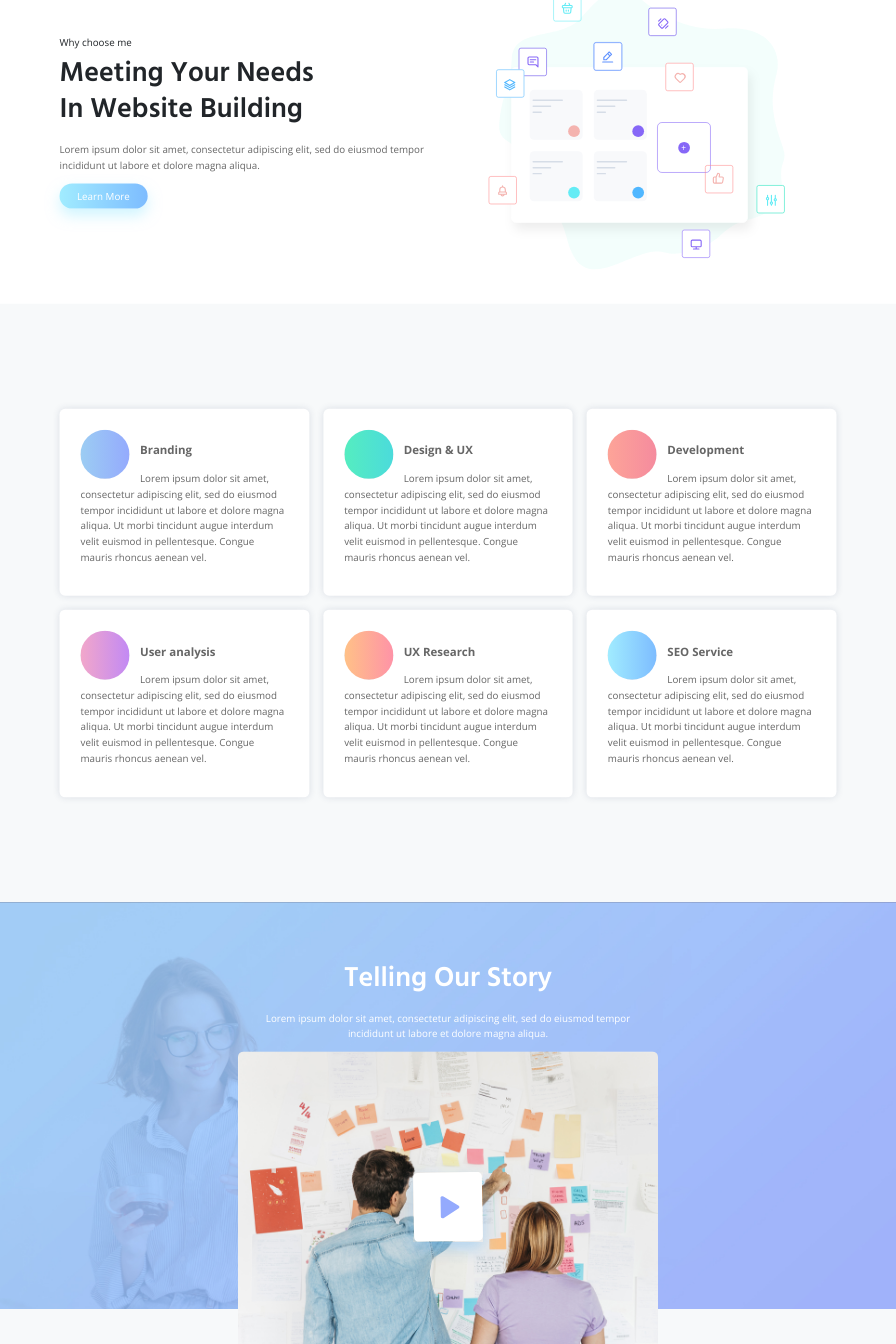
Repository: Sc-Juju/CodeRad
Page: index.html
These files come from the project's save history. The page is drawn as it stood at one moment and after the next save; the edit follows.
The browser window is 1280 px wide. The pictures show the part of the page from y = 390 to 2310 px (the page is 4883 px tall before and 4860 px after), at 70% of full size.
Some web libraries are served in a nearby version.

Above is the page before, as saved 2022-11-16 14:38:26.

After the next save:
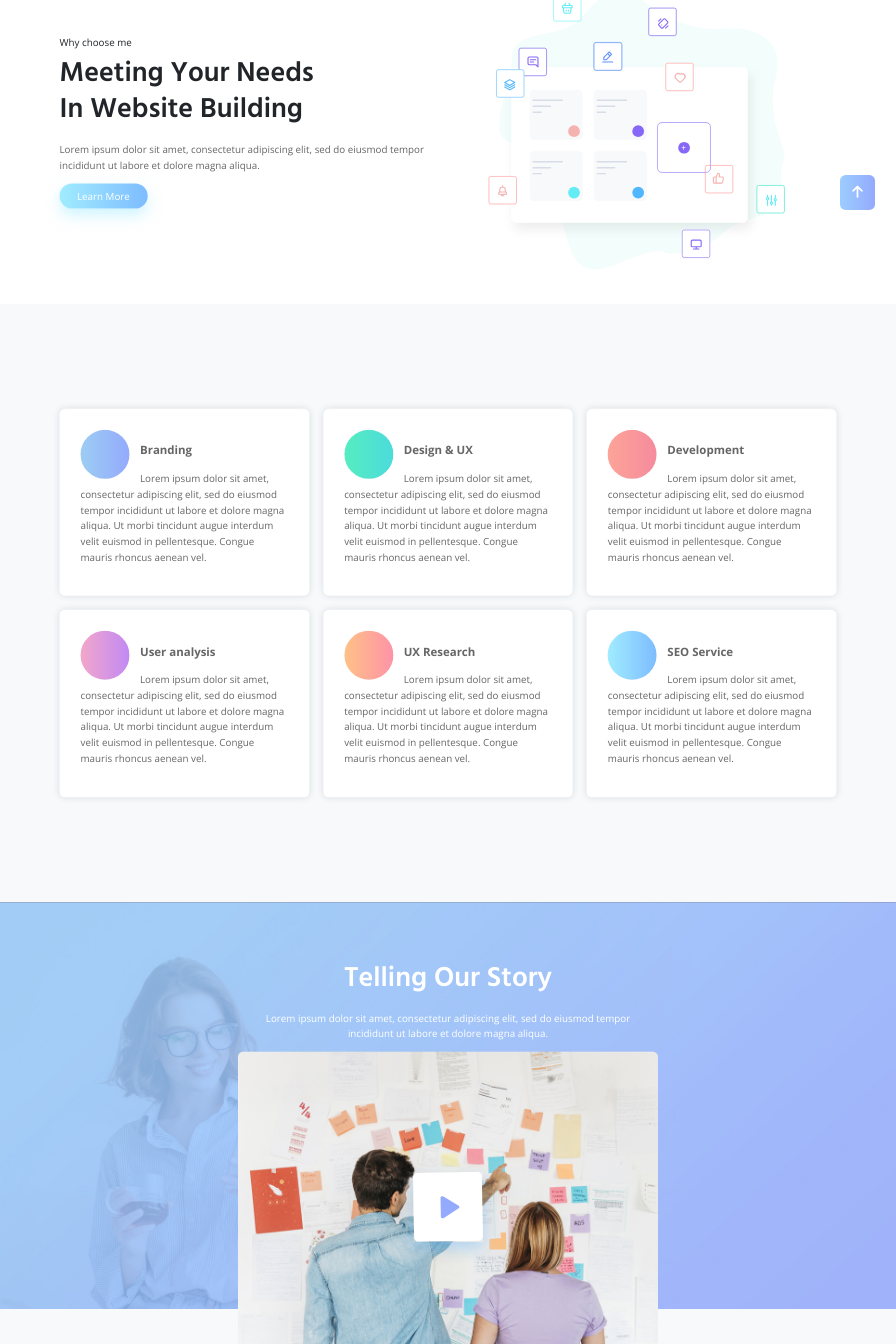
Saved 7 min 32 s later.
--- a/css/styles.css
+++ b/css/styles.css
@@ -333,3 +333,19 @@ footer .footer-col{justify-self: center;}
 }
 
 .footer-bottom-links ul li a{ color: var(--white); }
+
+#scrollUp{
+    background-color: transparent;
+    background-image: linear-gradient(90deg, #9ccdfe 0%, #94aafd 100%);
+    color: var(--white);
+    font-size: var(--size-20);
+    height: var(--size-50);
+    width: var(--size-50);
+    line-height: var(--size-50);
+    position: fixed;
+    bottom: var(--size-30);
+    right: var(--size-30);
+    text-align: center;
+    border-radius: 8px;
+    cursor: pointer;
+}
